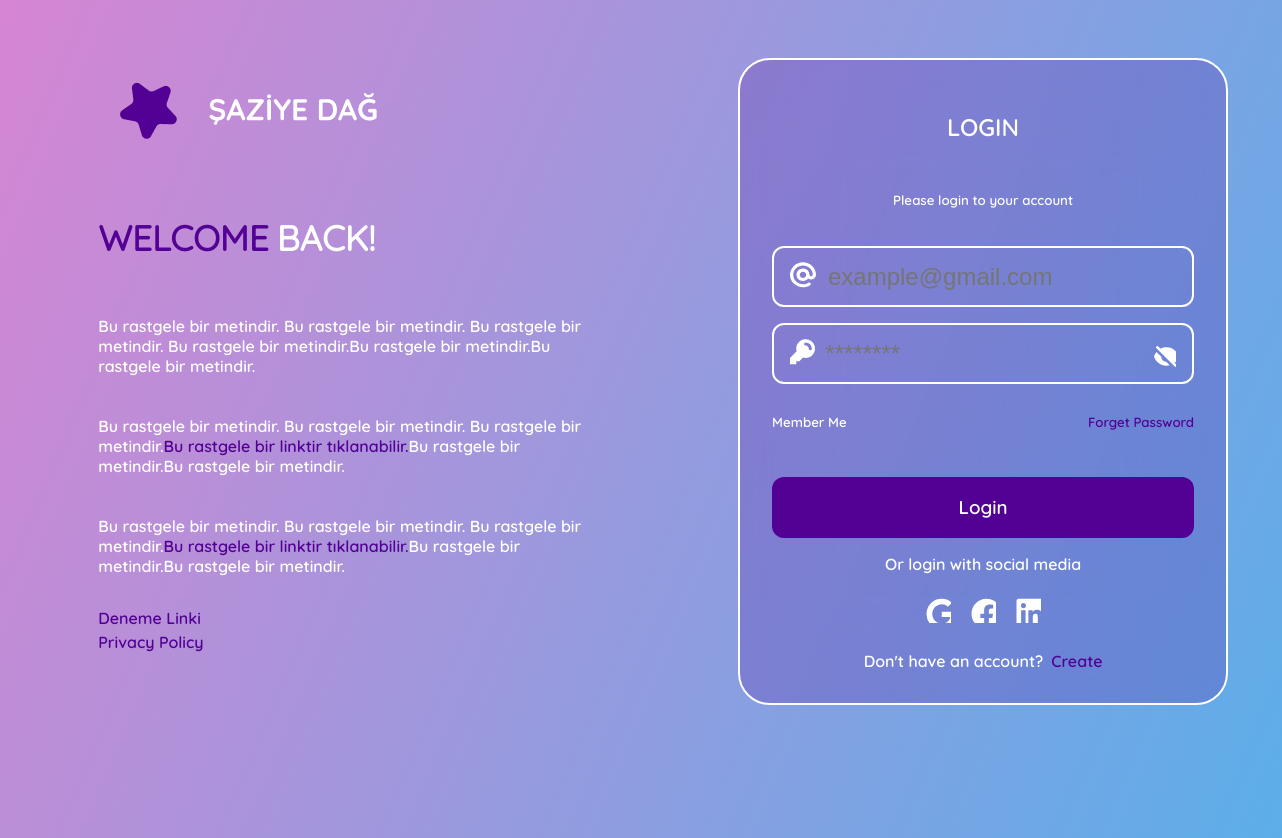
Repository: szydag/login
Page: /
An editor plug-in stored every save of this project. The page is shown before and after the next save, followed by the edit.
The browser window is 1280 px wide. The page is 1282 px wide, so the pictures cover 1282 px, including what lies to the right of the window. The pictures show the whole page.
The project was rebuilt for these pictures with package versions that can differ from the ones it lists, and the page was loaded fresh each time. Also part of the build but not shown: src/assets/svgr/unhiddenIcon/index.js.

Above is the page before, as saved 2023-11-02 14:31:53.

### src/index.js
import React from 'react';
import ReactDOM from 'react-dom/client';
import App from './app/index';
import {
    BrowserRouter
} from "react-router-dom";

const root = ReactDOM.createRoot(document.getElementById('root'));
root.render(
    <BrowserRouter>
        <App />
    </BrowserRouter>
);

### src/app/index.js
import LoginPage from "./pages/login";
import useStyles from "./style";

const App = () => {
    const classes = useStyles();
    return <div
        className={classes.main}
    >
        <LoginPage />
    </div>

};

export default App;

### src/app/pages/login/index.js
import React, { useEffect } from 'react'
import useStyles from './style';
import logo from './../../../assets/logo.png'
import MailIcon from './../../../assets/svgr/mailIcon/index.js'
import PasswordIcon from './../../../assets/svgr/passwordIcon/index.js'
import HiddenIcon from './../../../assets/svgr/hiddenIcon/index.js'
import UnhiddenIcon from './../../../assets/svgr/unhiddenIcon/index.js'
import GoogleIcon from './../../../assets/svgr/googleIcon/index.js'
import FacebookIcon from './../../../assets/svgr/facebookIcon/index.js'
import LinkedInIcon from './../../../assets/svgr/linkedInIcon/index.js'
const LoginPage = () => {

    const classes = useStyles();
    return <div
        className={classes.loginPage}
    >
        <div
            className={classes.promotionTextsContainer}
        >
            <div
                className={classes.promotionTexts}
            >
                <div
                    className={classes.logo}
                >
                    <img
                        src={logo}
                        alt=""
                    />
                </div>
                <div
                    className={classes.mainContent}
                >
                    <div
                        className={classes.title}
                    >
                        <h1
                            className={`${classes.titleText} ${classes.welcomeText}`}
                        >
                            WELCOME
                        </h1>
                        <h1
                            className={`${classes.titleText} ${classes.backText}`}
                        >
                            BACK!
                        </h1>
                    </div>
                    <div
                        className={classes.contentText}
                    >
                        <p>
                            Bu rastgele bir metindir. Bu rastgele bir metindir. Bu rastgele bir metindir. Bu rastgele bir metindir.Bu rastgele bir metindir.Bu rastgele bir metindir.
                        </p>
                        <p>
                            Bu rastgele bir metindir. Bu rastgele bir metindir. Bu rastgele bir metindir.
                            <a
                                className={classes.link}
                                href=""
                            >
                                Bu rastgele bir linktir tıklanabilir.
                            </a>
                            Bu rastgele bir metindir.Bu rastgele bir metindir.
                        </p>
                        <p>
                            Bu rastgele bir metindir. Bu rastgele bir metindir. Bu rastgele bir metindir.
                            <a
                                className={classes.link}
                                href=""
                            >
                                Bu rastgele bir linktir tıklanabilir.
                            </a>
                            Bu rastgele bir metindir.Bu rastgele bir metindir.
                        </p>
                    </div>
                    <div
                        className={classes.links}
                    >
                        <a
                            className={classes.link}
                            href=""
                        >
                            Deneme Linki
                        </a>
                        <a
                            className={classes.link}
                            href=""
                        >
                            Privacy Policy
                        </a>
                    </div>

                </div>
            </div>
        </div>
        <div
            className={classes.loginAreaContainer}
        >
            <div
                className={classes.loginArea}
            >
                <div
                    className={classes.header}
                >
                    <h2>LOGIN</h2>
                    <h5>Please login to your account</h5>
                </div>
                <div
                    className={classes.container}
                >
                    <div
                        className={classes.loginMainContent}
                    >
                        <div
                            className={classes.inputArea}
                        >
                            <div
                                className={classes.mailInput}
                            >

                                <div
                                    className={classes.content}
                                >
                                    <MailIcon
                                        color='#ffffff'
                                        size={30}
                                    />
                                    <input
                                        className={classes.input}
                                        type="text"
                                        placeholder='example@gmail.com'
                                    />
                                </div>
                            </div>
                            <div
                                className={classes.passwordInput}
                            >
                                <div
                                    className={classes.content}
                                >
                                    <PasswordIcon
                                        color='#ffffff'
                                        size={30}
                                    />
                                    <input
                                        className={classes.input}
                                        type="password"
                                        placeholder='********'
                                    />
                                    <HiddenIcon
                                        color='#ffffff'
                                        size={30}
                                    />
                                </div>
                            </div>
                        </div>
                        <div
                            className={classes.passwordSettingsArea}
                        >
                            <div
                                className={classes.memberMeArea}
                            >
                                <h5>Member Me</h5>
                            </div>
                            <h5>
                                <a
                                    className={classes.link}
                                    href="">
                                    Forget Password
                                </a>
                            </h5>
                        </div>
                    </div>
                    <div
                        className={classes.loginButton}
                    >
                        <h3>Login</h3>
                    </div>
                </div>
                <div
                    className={classes.accountSettings}
                >
                    <div
                        className={classes.accountSettingsTitle}
                    >
                        Or login with social media
                    </div>
                    <div
                        className={classes.socialMediaIcons}
                    >
                        <div
                            className={classes.icon}
                        >
                            <GoogleIcon
                                color='#ffffff'
                                size={25}
                            />
                        </div>
                        <div
                            className={classes.icon}
                        >
                            <FacebookIcon
                                color='#ffffff'
                                size={25}
                            />
                        </div>
                        <div
                            className={classes.icon}
                        >
                            <LinkedInIcon
                                color='#ffffff'
                                size={25}
                            />
                        </div>
                    </div>
                    <div
                        className={classes.newAccountArea}
                    >
                        <span>
                            Don't have an account?
                        </span>
                        <a
                            className={classes.link}
                            href="">
                            Create
                        </a>
                    </div>
                </div>
            </div>
        </div>
    </div>
}

export default LoginPage;

### src/app/style.js
import { createUseStyles } from "react-jss";

const useStyles = createUseStyles({
    "@font-face": [
        {
            fontFamily: "Quicksand-Bold",
            src: 'url("/public/assets/fonts/Quicksand-Bold.ttf")',
            fontStyle: "normal"
        },
        {
            fontFamily: "Quicksand-Light",
            src: 'url("/public/assets/fonts/Quicksand-Light.ttf")',
            fontStyle: "normal"
        },
        {
            fontFamily: "Quicksand-Medium",
            src: 'url("/public/assets/fonts/Quicksand-Medium.ttf")',
            fontStyle: "normal"
        },
        {
            fontFamily: "Quicksand-Regular",
            src: 'url("/public/assets/fonts/Quicksand-Regular.ttf")',
            fontStyle: "normal"
        },
        {
            fontFamily: "Quicksand-SemiBold",
            src: 'url("/public/assets/fonts/Quicksand-SemiBold.ttf")',
            fontStyle: "normal"
        }
    ],
    main: {
        fontFamily: "Quicksand-SemiBold",
        width: '100%',
        height: '100%',
    },
})
export default useStyles;

### src/app/pages/login/style.js

import { createUseStyles } from "react-jss";

const useStyles = createUseStyles({
    "@font-face": [
        {
            fontFamily: "Quicksand-Bold",
            src: 'url("/public/assets/fonts/Quicksand-Bold.ttf")',
            fontStyle: "normal"
        },
        {
            fontFamily: "Quicksand-Light",
            src: 'url("/public/assets/fonts/Quicksand-Light.ttf")',
            fontStyle: "normal"
        },
        {
            fontFamily: "Quicksand-Medium",
            src: 'url("/public/assets/fonts/Quicksand-Medium.ttf")',
            fontStyle: "normal"
        },
        {
            fontFamily: "Quicksand-Regular",
            src: 'url("/public/assets/fonts/Quicksand-Regular.ttf")',
            fontStyle: "normal"
        },
        {
            fontFamily: "Quicksand-SemiBold",
            src: 'url("/public/assets/fonts/Quicksand-SemiBold.ttf")',
            fontStyle: "normal"
        }
    ],
    loginPage: {
        color: '#ffffff',
        margin: "-10px",
        padding: '60px 40px',
        height: '100vh',
        display: 'flex',
        alignItems: 'flex-start',
        gap: '64px',
        background: 'linear-gradient(113deg, #B9A675 0%, #D685D3 0%, #5CAEE9 100%)',
    },
    promotionTextsContainer: {
        width: '50%',
        display: 'flex',
        flexDirection: 'column',
        justifyContent: 'center',
        alignItems: 'center',
        padding: '0 5%',
    },
    promotionTexts: {
        display: 'flex',
        flexDirection: 'column',
        alignItems: 'flex-start',
        gap: '32px',
    },
    logo: {
        display: 'flex',
        alignItems: 'center',
        gap: '8px',
    },
    mainContent: {
        display: 'flex',
        flexDirection: 'column',
        justifyContent: ' center',
        alignItems: 'flex-start',
        gap: '16px',
    },
    title: {
        display: 'flex',
        alignItems: 'flex-start',
        gap: '8px',
    },
    titleText: {
        fontFamily: 'Quicksand-Regular',
        fontSize: '35px',
        fontStyle: 'normal',
        fontWeight: '700',
        lineHeight: 'normal',
    },
    welcomeText: {
        color: '#530094',
    },
    contentText: {
        display: 'flex',
        flexDirection: 'column',
        alignItems: 'flex - start',
        gap: '8px',
    },
    links: {
        display: 'flex',
        flexDirection: 'column',
        alignItems: 'flex-start',
        gap: '4px',
    },
    link: {
        textDecoration: 'none',
        color: '#530094',
    },
    loginAreaContainer: {
        width: '50%',
        display: 'flex',
        flexDirection: 'column',
        justifyContent: 'center',
        alignItems: 'center',
        padding: '0 8px',
    },
    loginArea: {
        display: 'flex',
        padding: '32px',
        flexDirection: 'column',
        justifyContent: 'center',
        alignItems: 'center',
        borderRadius: '32px',
        border: '2px solid #FFF',
        background: 'rgba(83, 0, 148, 0.20)',
        backdropFilter: 'blur(45px)',
        gap: '16px',
    },
    header: {
        display: 'flex',
        flexDirection: 'column',
        alignItems: 'center',
        gap: '8px',
    },
    container: {
        display: 'flex',
        flexDirection: 'column',
        alignItems: 'flex-start',
        gap: '24px',
        alignSelf: 'stretch',
    },
    loginMainContent: {
        display: 'flex',
        flexDirection: 'column',
        justifyContent: 'center',
        alignItems: 'center',
        gap: '8px',
        alignSelf: 'stretch',
    },
    inputArea: {
        display: 'flex',
        flexDirection: 'column',
        alignItems: 'flex-start',
        gap: '16px',
        alignSelf: 'stretch',
    },
    mailInput: {
        display: 'flex',
        height: '25px',
        padding: '16px',
        flexDirection: 'column',
        justifyContent: 'center',
        alignItems: 'flex-start',
        borderRadius: '12px',
        border: '2px solid #FFF',
        alignSelf: 'stretch',
    },
    content: {
        width: '100%',
        height: '100%',
        display: 'flex',
        justifyContent: 'center',
        alignItems: 'center',
        gap: '6px',
    },
    input: {
        width: '90%',
        height: '100%',
        border: 'none',
        background: 'rgba(255, 255, 255, 0.00)',
        color: '#530094',
        fontSize: '24px'
    },
    passwordInput: {
        display: 'flex',
        height: '25px',
        padding: '16px',
        justifyContent: 'space-between',
        alignItems: 'center',
        alignSelf: 'stretch',
        borderRadius: '12px',
        border: '2px solid #FFF',
    },
    passwordSettingsArea: {
        display: 'flex',
        justifyContent: 'space-between',
        alignItems: 'flex-start',
        alignSelf: 'stretch',
    },
    memberMeArea: {
        display: 'flex',
        alignItems: 'center',
        gap: '8px',
    },
    loginButton: {
        width: "100%",
        display: 'flex',
        justifyContent: 'center',
        alignItems: 'center',
        alignSelf: 'stretch',
        borderRadius: '12px',
        background: '#530094',
    },
    accountSettings: {
        display: 'flex',
        flexDirection: 'column',
        alignItems: 'center',
        gap: '24px',
    },
    accountSettingsTitle: {
        display: 'flex',
        justifyContent: 'center',
        alignItems: 'center',
        gap: '8px',
    },
    socialMediaIcons: {
        display: 'flex',
        flexDirection: 'row',
        gap: '20px'
    },
    newAccountArea: {
        display: 'flex',
        justifyContent: 'center',
        alignItems: 'flex-start',
        gap: '8px',
    },
})
export default useStyles;

### src/assets/svgr/mailIcon/index.js
import * as React from "react"
const MailIcon = ({
    color = "#ffffff",
    size = 30,
    ...props
}) => {
    const pathScale = 30 / size;
    return <svg
        xmlns="http://www.w3.org/2000/svg"
        width={size}
        height={size}
        fill="none"
        {...props}
    >
        <path
            fill={color}
            transform={`scale(${1 / 1})`}
            d="M19.894 6.125c-3.807-3.661-9.98-3.661-13.788 0s-3.808 9.597 0 13.258c3.31 3.183 8.41 3.6 12.187 1.248.753-.47 1.759-.263 2.247.461.488.725.273 1.692-.48 2.161-5.038 3.138-11.837 2.586-16.252-1.66-5.077-4.881-5.077-12.796 0-17.678 5.076-4.881 13.308-4.881 18.384 0C24.73 6.355 26 9.558 26 12.755c0 2.588-2.183 4.687-4.875 4.687a4.982 4.982 0 0 1-2.925-.937c-1.186 1.517-3.074 2.5-5.2 2.5-3.59 0-6.5-2.799-6.5-6.25 0-3.453 2.91-6.25 6.5-6.25s6.5 2.797 6.5 6.25c0 .862.727 1.562 1.625 1.562s1.625-.7 1.625-1.563c0-2.402-.952-4.798-2.856-6.629Zm-3.644 6.63c0-1.727-1.455-3.126-3.25-3.126s-3.25 1.4-3.25 3.125c0 1.726 1.455 3.125 3.25 3.125s3.25-1.399 3.25-3.125Z"
        />
    </svg>
}
export default MailIcon

### src/assets/svgr/passwordIcon/index.js
import * as React from "react"
const PasswordIcon = ({
    color = "#ffffff",
    size = 30,
    ...props
}) => {
    const pathScale = 30 / size;
    return <svg
        xmlns="http://www.w3.org/2000/svg"
        width={size}
        height={size}
        fill="none"
        {...props}
    >
        <path
            fill={color}
            transform={`scale(${1 / 1})`}
            d="M25 9.63a9.375 9.375 0 0 1-12.098 8.972L9.375 22.13H6.25v3.125H0v-6.25l6.652-6.652A9.375 9.375 0 1 1 25 9.63Zm-9.375-6.25a1.563 1.563 0 0 0 0 3.124c1.726 0 3.125 1.4 3.125 3.125a1.563 1.563 0 0 0 3.125 0 6.25 6.25 0 0 0-6.25-6.25Z"
        />
    </svg>
}
export default PasswordIcon

### src/assets/svgr/hiddenIcon/index.js
import * as React from "react"
const HiddenIcon = ({
    color = "#ffffff",
    size = 30,
    ...props
}) => {
    const pathScale = 30 / size;
    return <svg
        xmlns="http://www.w3.org/2000/svg"
        width={size}
        height={size}
        fill="none"
        {...props}
    >
        <path
            fill={color}
            transform={`scale(${1 / 1})`}
            d="M9.256 7.404a1.31 1.31 0 1 0-1.852 1.853l18.34 18.34a1.31 1.31 0 1 0 1.852-1.854l-1.93-1.93A13.119 13.119 0 0 0 30 17.5c-1.67-5.315-6.634-9.17-12.5-9.17-2.127 0-4.135.507-5.911 1.407L9.256 7.404Zm5.582 5.582 1.983 1.983a2.62 2.62 0 0 1 3.21 3.21l1.983 1.983a5.24 5.24 0 0 0-7.176-7.176Z"
        />
        <path
            fill="#fff"
            d="m20.715 26.273-3.543-3.543a5.24 5.24 0 0 1-4.902-4.902L7.46 13.017A13.074 13.074 0 0 0 5 17.5c1.67 5.315 6.634 9.17 12.5 9.17 1.11 0 2.186-.138 3.215-.398Z"
        />
    </svg>
}
export default HiddenIcon

### src/assets/svgr/googleIcon/index.js
import * as React from "react"
const GoogleIcon = ({
    color = "#ffffff",
    size = 30,
    ...props
}) => {
    const pathScale = 30 / size;
    return <svg
        xmlns="http://www.w3.org/2000/svg"
        width={size}
        height={size}
        fill="none"
        {...props}
    >
        <path
            fill={color}
            transform={`scale(${1 / 1})`}
            d="M30.5 16.357c0 8.698-5.957 14.889-14.754 14.889A15.228 15.228 0 0 1 .5 16 15.228 15.228 0 0 1 15.746.754c4.106 0 7.561 1.506 10.223 3.99l-4.15 3.99C16.392 3.496 6.298 7.43 6.298 16c0 5.318 4.248 9.627 9.449 9.627 6.037 0 8.3-4.328 8.656-6.572h-8.656v-5.243H30.26c.142.78.24 1.53.24 2.545Z"
        />
    </svg>
}
export default GoogleIcon

### src/assets/svgr/facebookIcon/index.js
import * as React from "react"
const FacebookIcon = ({
    color = "#ffffff",
    size = 30,
    ...props
}) => {
    const pathScale = 30 / size;
    return <svg
        xmlns="http://www.w3.org/2000/svg"
        width={size}
        height={size}
        fill="none"
        {...props}
    >
        <path
            fill={color}
            transform={`scale(${1 / 1})`}
            d="M30.5 15.754c0-8.286-6.714-15-15-15s-15 6.714-15 15c0 7.487 5.485 13.692 12.656 14.819V20.09h-3.81v-4.336h3.81V12.45c0-3.759 2.238-5.835 5.666-5.835 1.641 0 3.358.293 3.358.293v3.689h-1.892c-1.863 0-2.444 1.156-2.444 2.343v2.815h4.16l-.666 4.336h-3.494v10.483C25.014 29.446 30.5 23.24 30.5 15.754Z"
        />
    </svg>
}
export default FacebookIcon

### src/assets/svgr/linkedInIcon/index.js
import * as React from "react"
const LinkedInIcon = ({
    color = "#ffffff",
    size = 30,
    ...props
}) => {
    const pathScale = 30 / size;
    return <svg
        xmlns="http://www.w3.org/2000/svg"
        width={size}
        height={size}
        fill="none"
        {...props}
    >
        <path
            fill={color}
            transform={`scale(${1 / 1})`}
            d="M28.357.754H2.637C1.456.754.5 1.725.5 2.917v25.674c0 1.192.958 2.163 2.136 2.163h25.721c1.179 0 2.143-.97 2.143-2.163V2.917c0-1.192-.964-2.163-2.143-2.163ZM9.567 26.468H5.121V12.151h4.453v14.317h-.007ZM7.344 10.196a2.58 2.58 0 0 1 0-5.156 2.584 2.584 0 0 1 2.578 2.578 2.575 2.575 0 0 1-2.578 2.578Zm18.89 16.272h-4.446v-6.964c0-1.66-.034-3.797-2.31-3.797-2.317 0-2.672 1.808-2.672 3.677v7.084h-4.447V12.151h4.266v1.956h.06c.596-1.125 2.05-2.31 4.212-2.31 4.5 0 5.337 2.966 5.337 6.823v7.848Z"
        />
    </svg>
}
export default LinkedInIcon

Loaded but not shown: public/index.html (common file)

After the next save:
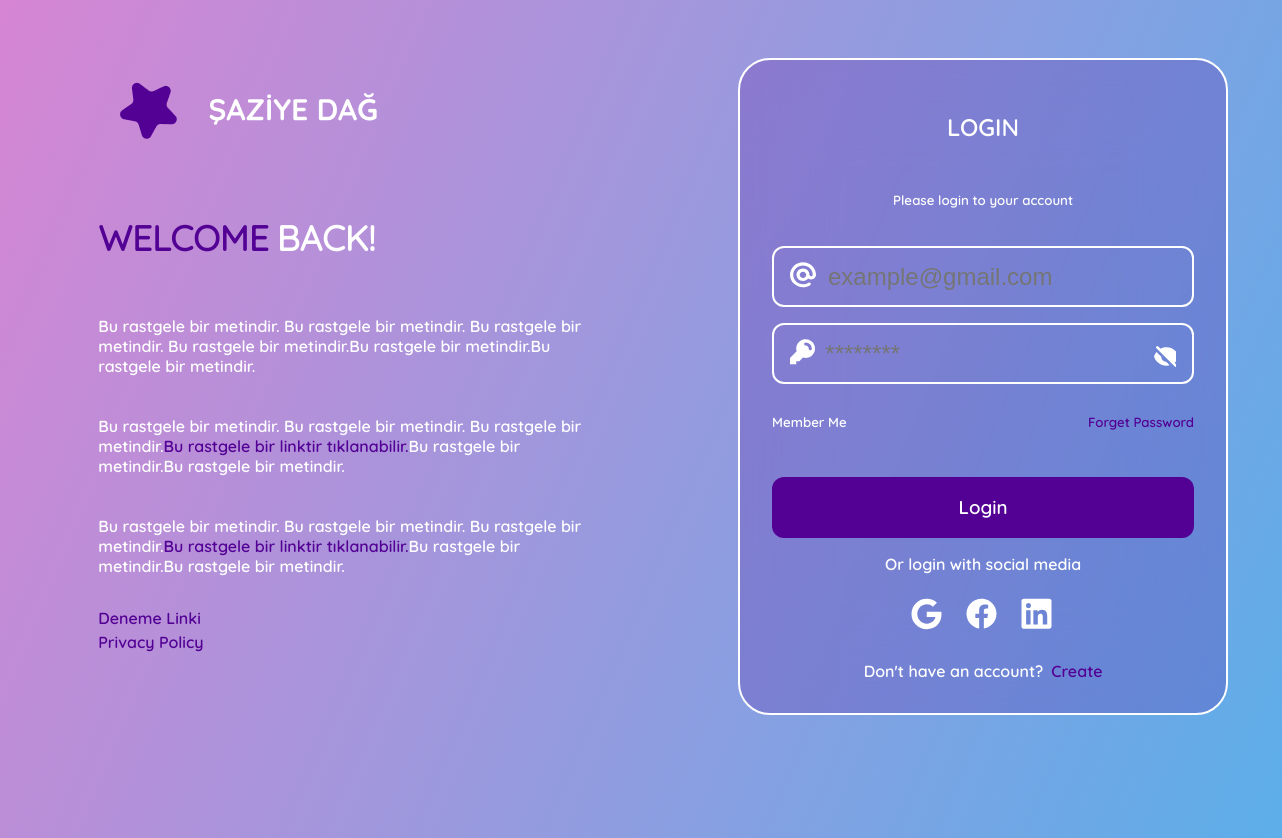
Saved 12 s later.
--- a/src/app/pages/login/index.js
+++ b/src/app/pages/login/index.js
@@ -192,7 +192,7 @@ const LoginPage = () => {
                         >
                             <GoogleIcon
                                 color='#ffffff'
-                                size={25}
+                                size={35}
                             />
                         </div>
                         <div
@@ -200,7 +200,7 @@ const LoginPage = () => {
                         >
                             <FacebookIcon
                                 color='#ffffff'
-                                size={25}
+                                size={35}
                             />
                         </div>
                         <div
@@ -208,7 +208,7 @@ const LoginPage = () => {
                         >
                             <LinkedInIcon
                                 color='#ffffff'
-                                size={25}
+                                size={35}
                             />
                         </div>
                     </div>
